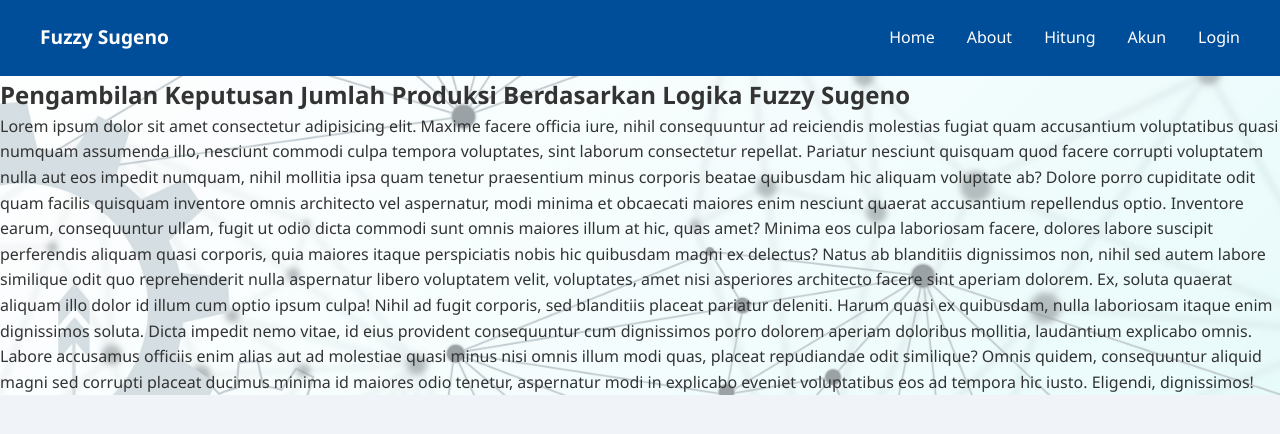
Repository: Senicccc/Defuzzy-Sugeno
Page: http://localhost/
An editor plug-in stored every save of this project. The page is shown before and after the next save, followed by the edit.
The browser window is 1280 px wide. The pictures show the whole page.
The page is run by PHP 8.4 with error messages shown; the project is at /var/www/html/.

Above is the page before, as saved 2025-06-09 11:15:17.

After the next save:
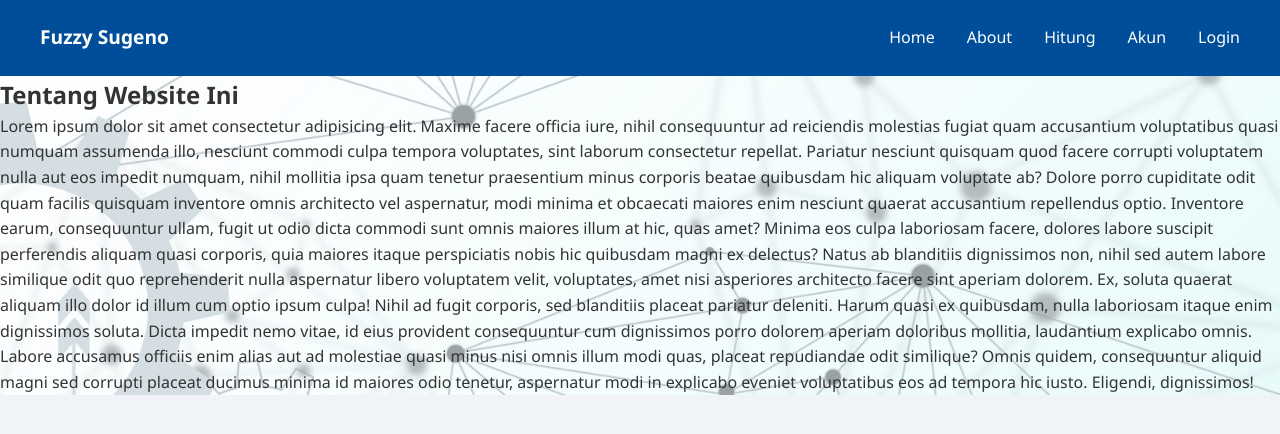
Saved 20 s later.
--- a/index.php
+++ b/index.php
@@ -16,7 +16,7 @@
     ?>
 
     <section class="about" style="background: url('img/menu-bg.jpg') center center/cover no-repeat;">
-        <h1>Pengambilan Keputusan Jumlah Produksi Berdasarkan Logika Fuzzy Sugeno</h1>
+        <h1>Tentang Website Ini</h1>
         <p>Lorem ipsum dolor sit amet consectetur adipisicing elit. Maxime facere officia iure, nihil consequuntur ad
             reiciendis molestias fugiat quam accusantium voluptatibus quasi numquam assumenda illo, nesciunt commodi
             culpa tempora voluptates, sint laborum consectetur repellat. Pariatur nesciunt quisquam quod facere corrupti
